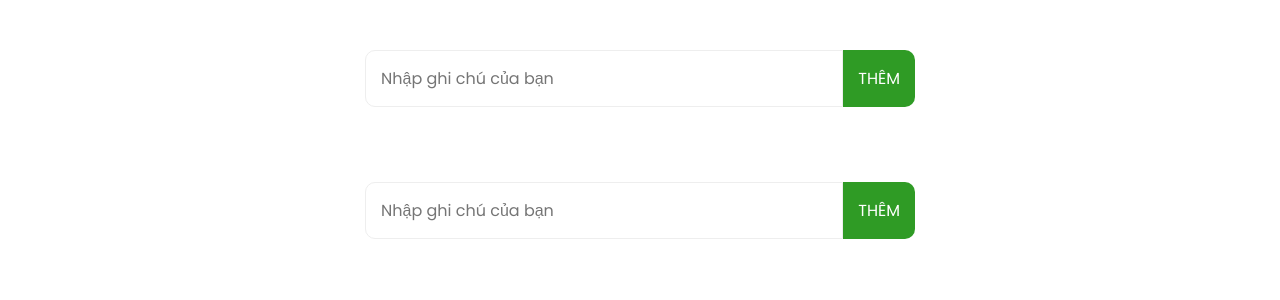
Repository: Nqvinh7603/TO-DO-LIST
Page: index.html
The author's editor kept a copy of each file at every save. The page is drawn from the files as they stood at one save, then again after the next save.
The browser window is 1280 px wide. The pictures show the whole page.

Above is the page before, as saved 2023-12-28 10:41:09.

After the next save:
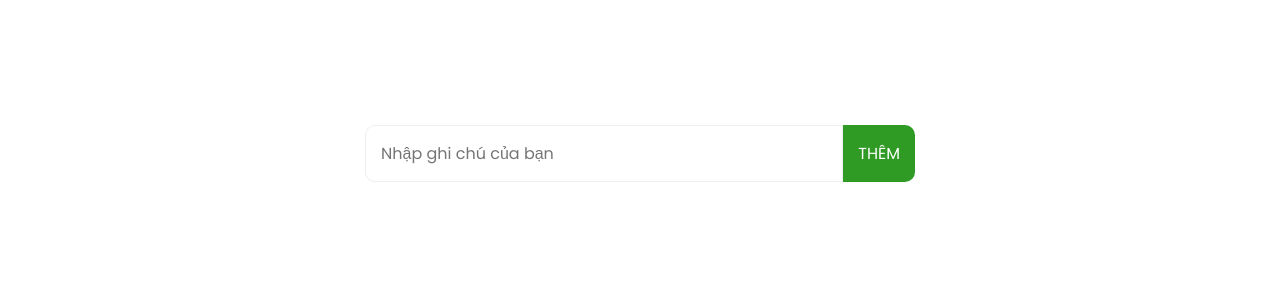
Saved 24 s later.
--- a/index.html
+++ b/index.html
@@ -16,8 +16,8 @@
 <body>
   <div class="todo">
     <form class="todo-form" autocomplete="off">
-      <input type="text" name="todo" placeholder="Nhập ghi chú của bạn" class="todo-input" />
-      <button class="todo-submit" type="submit">THÊM</button>
+      <!-- <input type="text" name="todo" placeholder="Nhập ghi chú của bạn" class="todo-input" />
+      <button class="todo-submit" type="submit">THÊM</button> -->
     </form>
     <div class="todo-list">
 
